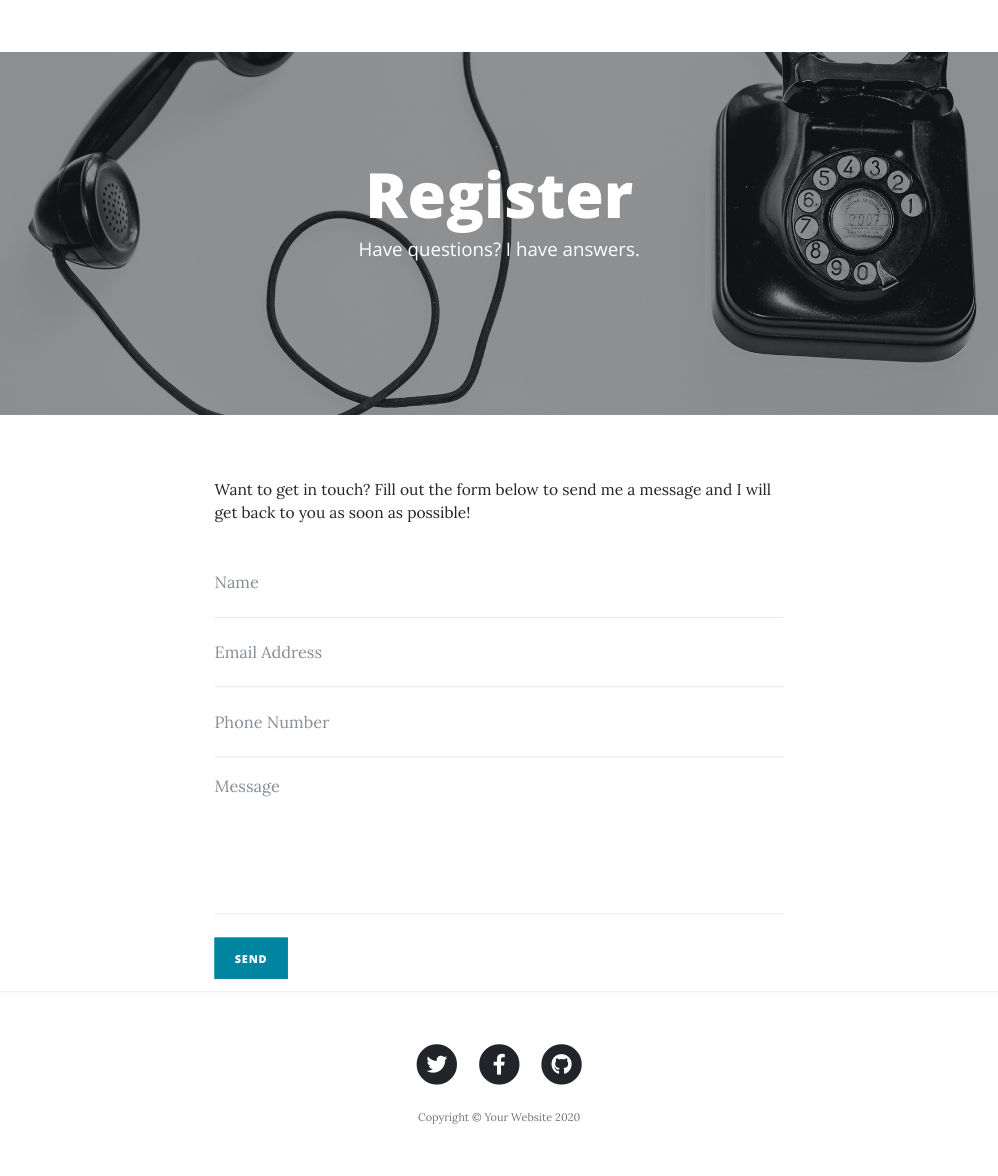
Repository: elvinyeka/elvin-blog
Page: http://localhost/register
The author's editor kept a copy of each file at every save. The page is drawn from the files as they stood at one save, then again after the next save.
The browser window is 1280 px wide. The pictures show the whole page, at 78% of full size.
The page is served by the project's application, run on Flask 3 (CLEANBLOG/__init__.py).

Above is the page before, as saved 2020-10-12 01:16:13.

After the next save:
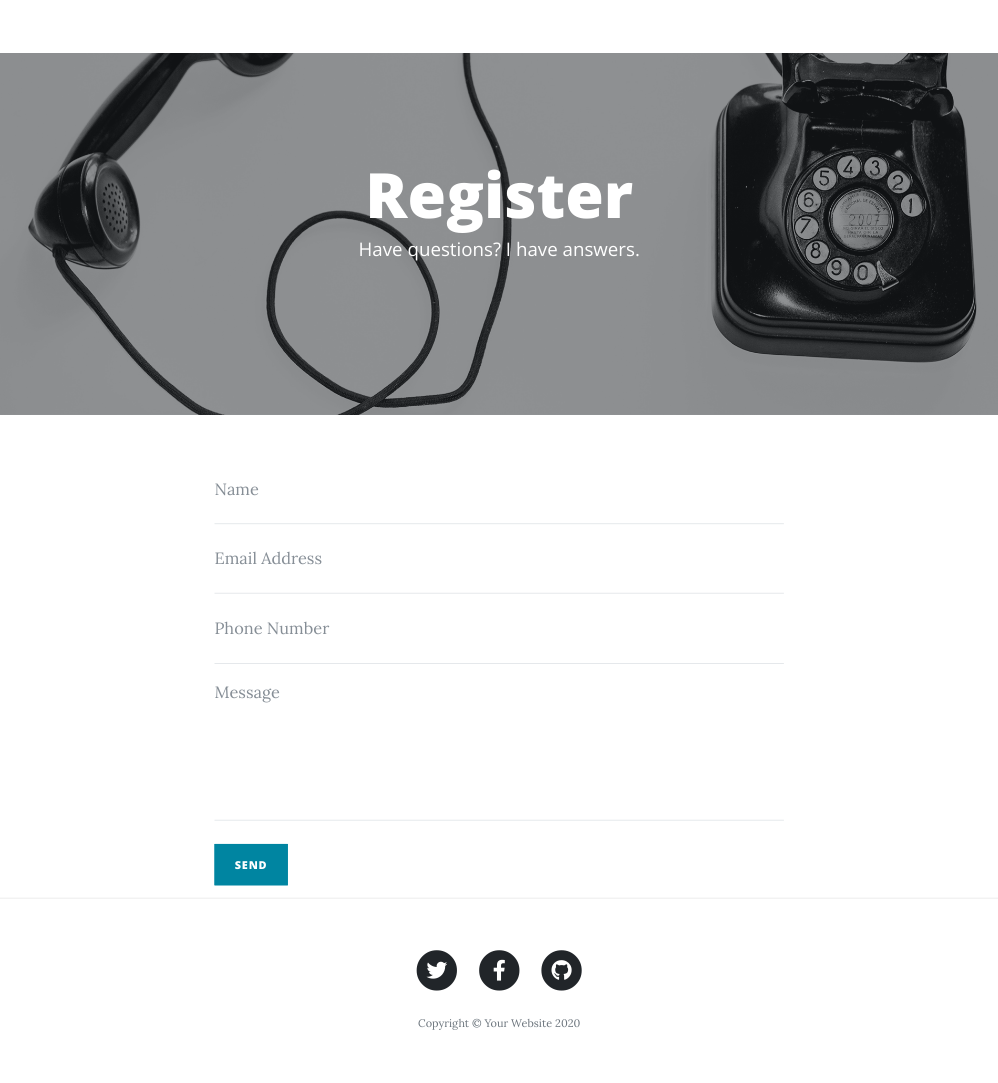
Saved 84 s later.
--- a/CLEANBLOG/templates/register.html
+++ b/CLEANBLOG/templates/register.html
@@ -19,11 +19,7 @@
 <div class="container">
     <div class="row">
         <div class="col-lg-8 col-md-10 mx-auto">
-            <p>Want to get in touch? Fill out the form below to send me a message and I will get back to you as soon as possible!</p>
-            <!-- Contact Form - Enter your email address on line 19 of the mail/contact_me.php file to make this form work. -->
-            <!-- WARNING: Some web hosts do not allow emails to be sent through forms to common mail hosts like Gmail or Yahoo. It's recommended that you use a private domain email address! -->
-            <!-- To use the contact form, your site must be on a live web host with PHP! The form will not work locally! -->
-            <form name="sentMessage" id="contactForm" novalidate>
+            <form method="POST" action="">
                 <div class="control-group">
                     <div class="form-group floating-label-form-group controls">
                         <label>Name</label>
